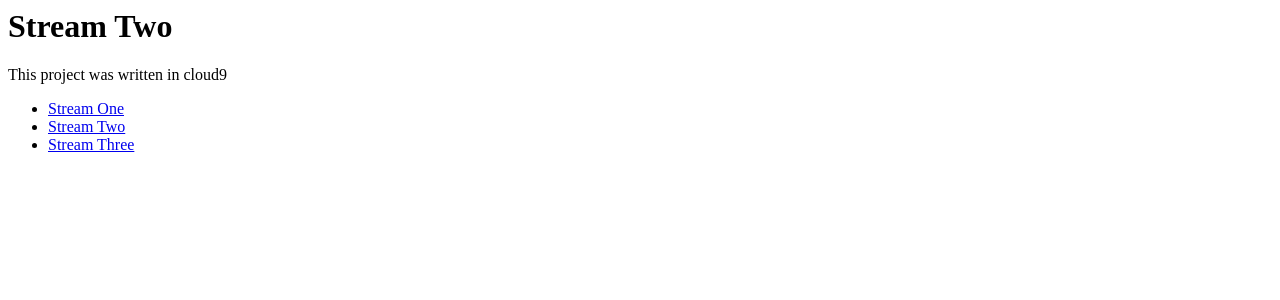
Repository: TheGreasyMuffin/My-First-Website
Page: Stream2.html
The author's editor kept a record of every edit. The page is drawn from the files as they stood at one moment, then again after the next edit.
The browser window is 1280 px wide. The pictures show the whole page.

Above is the page before.

After the next edit:
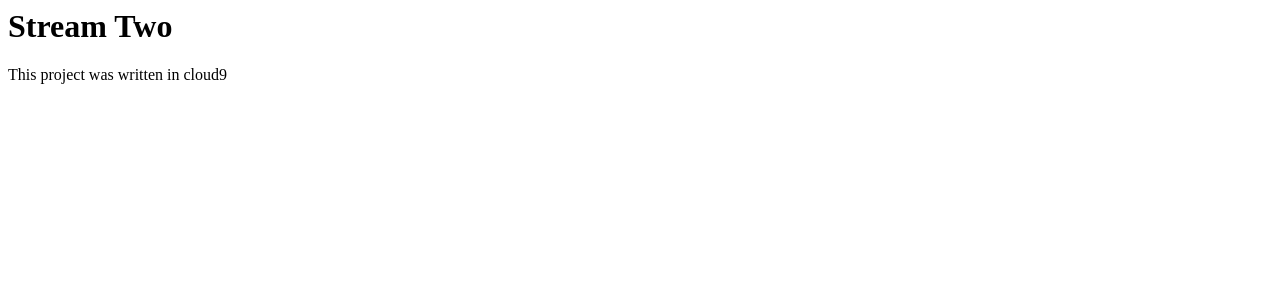
The edit:
--- a/Stream2.html
+++ b/Stream2.html
@@ -8,13 +8,7 @@
 
         <p>This project was written in cloud9</p>
 
-        <nav>
-            <ul>
-                <li><a href="Stream1.html">Stream One</a></li>
-                <li><a href="Stream2.html">Stream Two</a></li>
-                <li><a href="Stream3.html">Stream Three</a></li>
-            </ul>
-        </nav>
+
 
     </body>
 </html>
